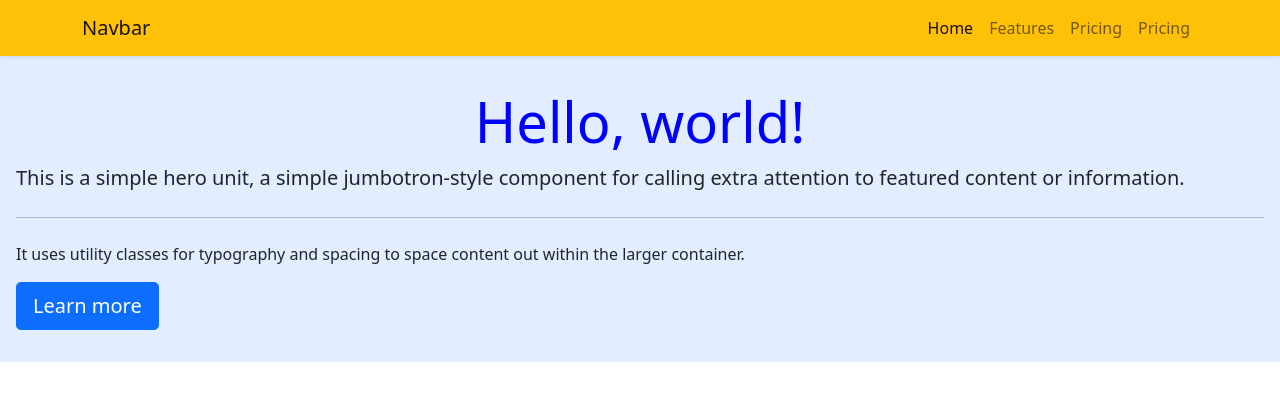
Repository: Novemberdad/gemilangtech.github.io
Page: index.html
The author's editor kept a copy of each file at every save. The page is drawn from the files as they stood at one save, then again after the next save.
The browser window is 1280 px wide. The pictures show the whole page.

Above is the page before, as saved 2021-07-20 23:26:05.

After the next save:
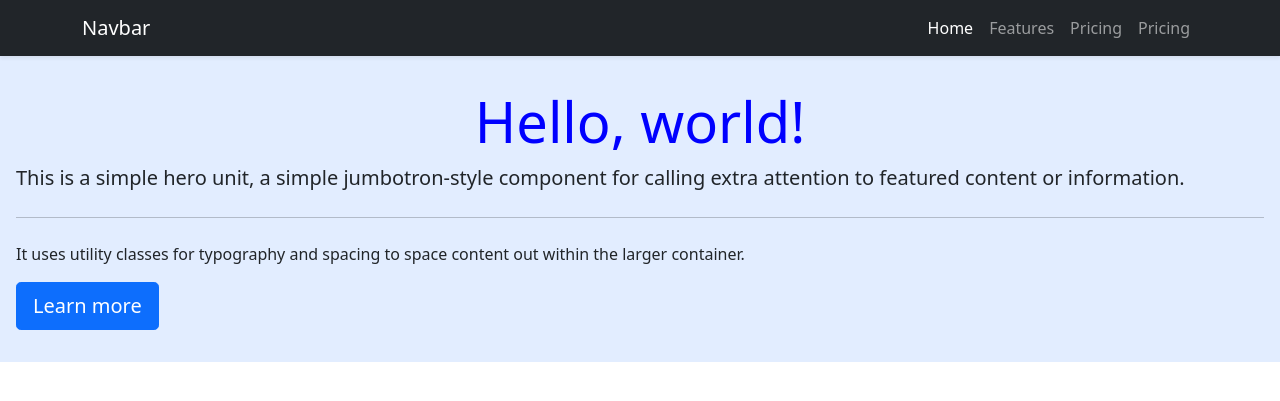
Saved 84 s later.
--- a/index.html
+++ b/index.html
@@ -22,7 +22,7 @@
 
 <body>
     <!--NAVBAR-->
-    <nav class="navbar navbar-expand-lg navbar-light bg-warning shadow-sm">
+    <nav class="navbar navbar-expand-lg navbar-dark bg-dark shadow-sm">
         <div class="container">
             <a class="navbar-brand" href="#">Navbar</a>
             <button class="navbar-toggler" type="button" data-bs-toggle="collapse" data-bs-target="#navbarNav" aria-controls="navbarNav" aria-expanded="false" aria-label="Toggle navigation">
